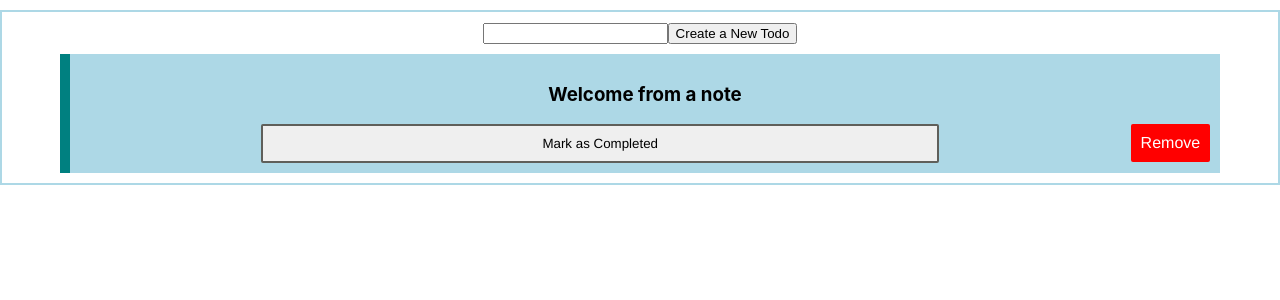
Repository: CaptainStorm21/react-ecosystem-course
Page: /
The author's editor kept a copy of each file at every save. The page is drawn from the files as they stood at one save, then again after the next save.
The browser window is 1280 px wide. The pictures show the whole page.
The project was rebuilt for these pictures with package versions that can differ from the ones it lists, and the page was loaded fresh each time.

Above is the page before, as saved 2020-05-30 17:51:59.

After the next save:
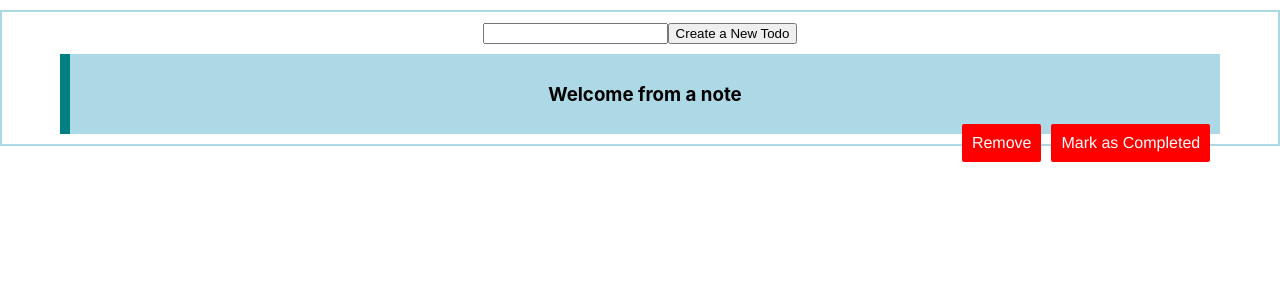
Saved 6 s later.
--- a/src/todos/NewTodoForm.css
+++ b/src/todos/NewTodoForm.css
@@ -20,9 +20,13 @@
 }
 
 .completed-button{
+  background-color: red;
+  padding: 10px;
+  border: 0;
+  margin-left: 10px;
+  font-size: medium;
+  font-family: "Franklin Gothic Medium", "Arial Narrow", Arial, sans-serif;
   border-radius: 2px;
-  padding: 10px;
-  border: 2px solid rgb(95, 95, 90);
-  font-family: "Franklin Gothic Medium", "Arial Narrow", Arial, sans-serif;
-  width: 60%;
+  float: right;
+  color: white;
 }
